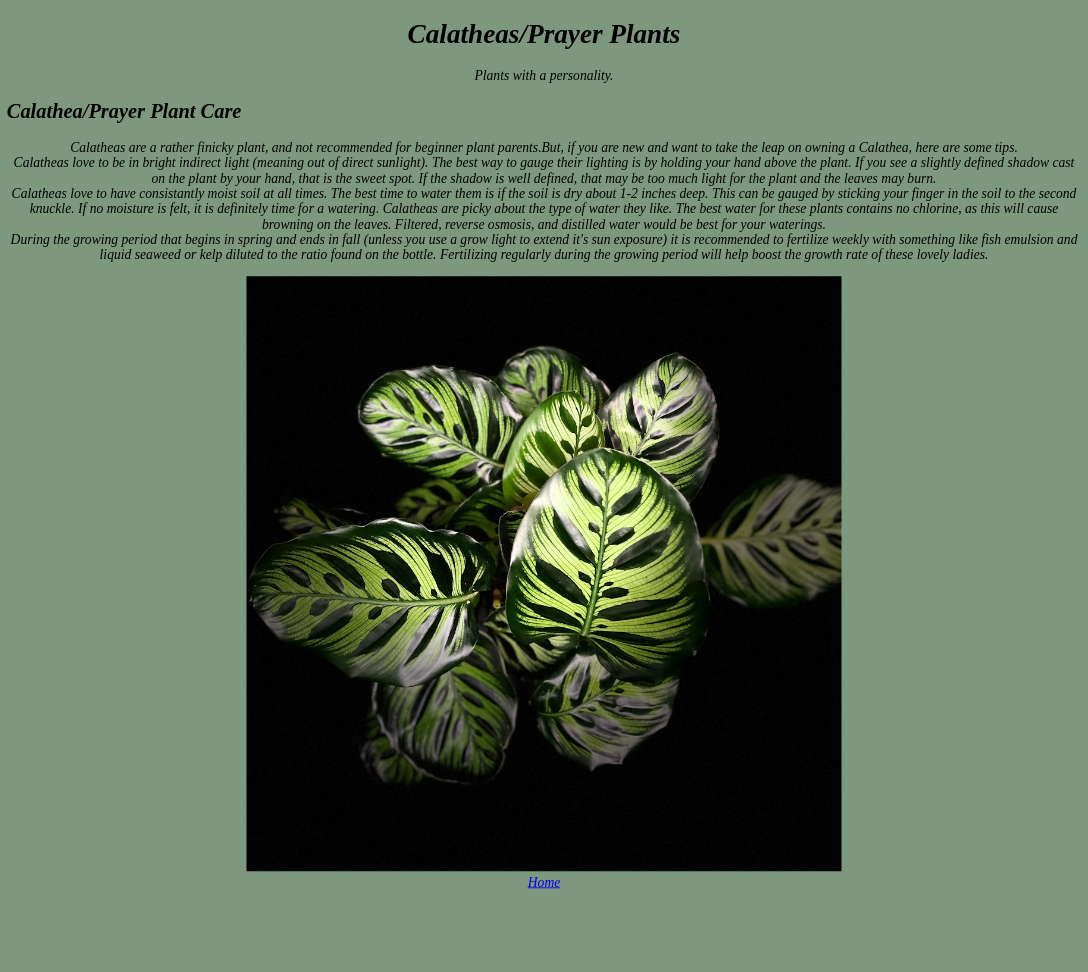
Repository: swillis91/odin-recipies
Page: Planty Page/calatheas.html
The author's editor kept a copy of each file at every save. The page is drawn from the files as they stood at one save, then again after the next save.
The browser window is 1280 px wide. The pictures show the whole page, at 85% of full size.

Above is the page before, as saved 2023-08-11 00:44:06.

### Planty Page/calatheas.html
<!DOCTYPE html>
    <html>
        <head>
            <title>Calatheas</title>
            <link href="style.css" rel="stylesheet"
        </head>
        <body>
            <h1>Calatheas/Prayer Plants</h1>
              <p>Plants with a personality.</p>
            <h2 class="care">Calathea/Prayer Plant Care</h2>
              <p>Calatheas are a rather finicky plant, and not recommended for beginner plant parents.But, if you are new and want to take the leap on owning a Calathea, here are some tips.
                <br>
                Calatheas love to be in bright indirect light (meaning out of direct sunlight). The best way to gauge their lighting is by holding your hand above the plant. If you see a slightly defined shadow cast on the plant by your hand, that is the sweet spot. If the shadow is well defined, that may be too much light for the plant and the leaves may burn.
                <br>
                Calatheas love to have consistantly moist soil at all times. The best time to water them is if the soil is dry about 1-2 inches deep. This can be gauged by sticking your finger in the soil to the second knuckle. If no moisture is felt, it is definitely time for a watering. Calatheas are picky about the type of water they like. The best water for these plants contains <em>no</em> chlorine, as this will cause browning on the leaves. Filtered, reverse osmosis, and distilled water would be best for your waterings.
                <br>
                During the growing period that begins in spring and ends in fall (unless you use a grow light to extend it's <i>sun</i> exposure) it is recommended to fertilize weekly with something like fish emulsion and liquid seaweed or kelp diluted to the ratio found on the bottle. Fertilizing regularly during the growing period will help boost the growth rate of these lovely ladies.</p>
                <img src="./Images/makoyana.webp" id="calathea makoyana" width="700px">
            <footer>
                <nav>
                    <a href="./index.html" class="navigation">Home</a>

                </nav>
            </footer>
        </body>
    </html>

### Planty Page/style.css
body{
    background-color: rgb(126, 152, 127);
    color:black;
    text-align: center;
    font-family:cursive;
    font-style: oblique;
}

.heading{
    color: rgba(0, 0, 0, 0.974);
    border: 2px solid rgb(0, 3, 3);
    background-image: url('Images/banner.jpg');
    height: 75px;
    margin: 0 auto;
    padding:50px 20px;

}

.care{
    text-align: justify;
    width: 600px;

}

#calathea-makoyana{
    width: 500px;
    Height: auto:
}

table{

}

After the next save:
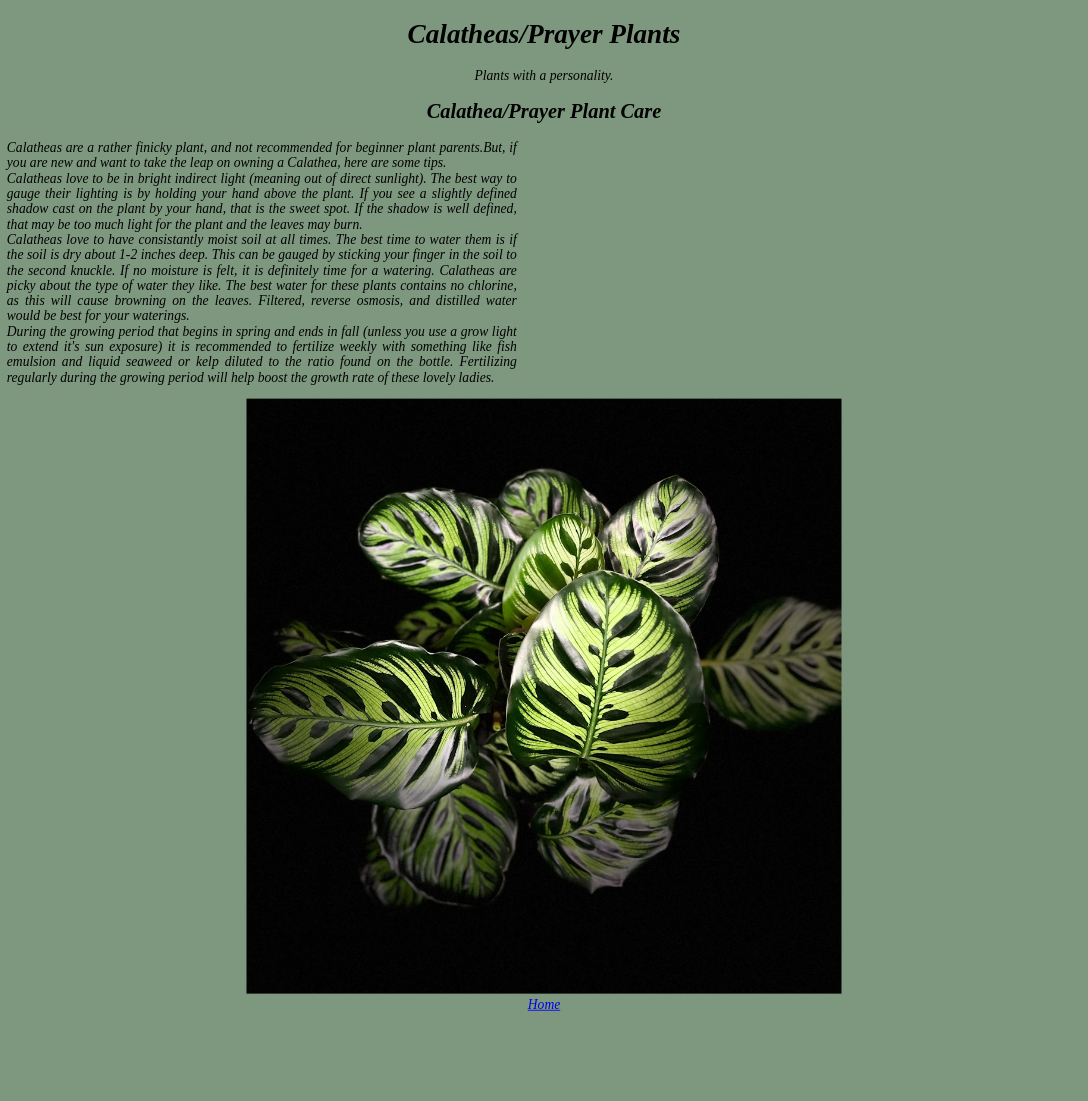
Saved 48 s later.
--- a/Planty Page/calatheas.html
+++ b/Planty Page/calatheas.html
@@ -7,8 +7,8 @@
         <body>
             <h1>Calatheas/Prayer Plants</h1>
               <p>Plants with a personality.</p>
-            <h2 class="care">Calathea/Prayer Plant Care</h2>
-              <p>Calatheas are a rather finicky plant, and not recommended for beginner plant parents.But, if you are new and want to take the leap on owning a Calathea, here are some tips.
+            <h2 class="species">Calathea/Prayer Plant Care</h2>
+              <p class="care">Calatheas are a rather finicky plant, and not recommended for beginner plant parents.But, if you are new and want to take the leap on owning a Calathea, here are some tips.
                 <br>
                 Calatheas love to be in bright indirect light (meaning out of direct sunlight). The best way to gauge their lighting is by holding your hand above the plant. If you see a slightly defined shadow cast on the plant by your hand, that is the sweet spot. If the shadow is well defined, that may be too much light for the plant and the leaves may burn.
                 <br>
